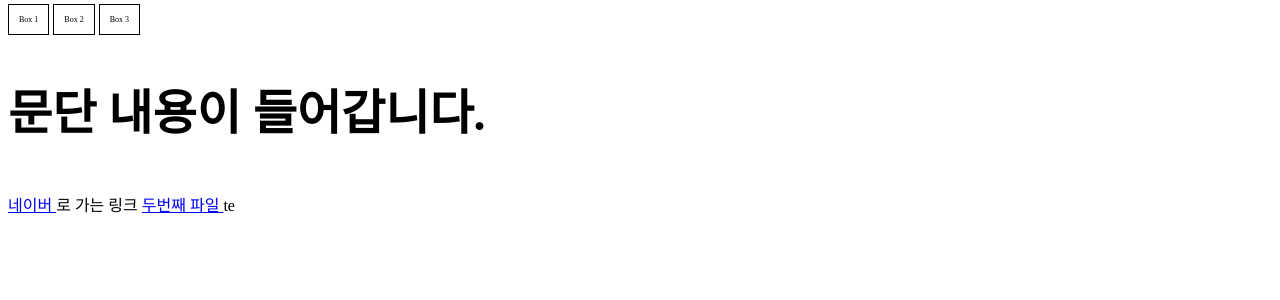
Repository: v0001/likelion
Page: 20200613/test.html
The author's editor kept a record of every edit. The page is drawn from the files as they stood at one moment, then again after the next edit.
The browser window is 1280 px wide. The pictures show the whole page.

Above is the page before.

### 20200613/test.html
<!DOCTYPE html>
<html lang="en">
<head>
    <meta charset="UTF-8">
    <meta name="viewport" content="width=device-width, initial-scale=1.0">
    <meta http-equiv="X-UA-Compatible" content="ie=edge">
    <title>신나는 토요일!!</title>
    <link rel="stylesheet" href="test.css" type="text/css" />
</head>
<body>

    <!--<h1>태그 선택자</h1>-->
    <!--<h1 class ="red-color">클래스 선택자</h1>-->
    <!--<h1 id ="myid">아이디 선택자</h1>-->

    <div>Box 1</div>
    <div>Box 2</div>
    <div>Box 3</div>


    <P>문단 내용이 들어갑니다. </P>
    <!--<form method = "get">-->
    <!--    <input type = "text" name = "like" />-->
    <!--    <input type = "submit">-->
    <!--</form>-->

    <a href="https://www.naver.com/">네이버 </a> 로 가는 링크
    <a href="test2.html">두번째 파일 </a>
    <!--<img src="https://hips.hearstapps.com/hmg-prod.s3.amazonaws.com/images/sunflower-1508785046.jpg">-->

<!--내가 만든 첫 번째 홈-->
</body>
</html>te

### 20200613/test.css
h1{
    background:black;
    color: white;
}

p{
    font-weight:bold;
    font-size : 3rem;
}
h1{
    color: green;
}

.red-color{
    color:red;
}
#myid{
    color:yellow;
}

@media(max-width :768px){
/*UI사이즈에 따라 Style 변환이 가능*/
    body{
        background:brown;
    }

}


div{
    border:1px solid black;
    display:inline;
    width : 150px;
    height: 200px;
    padding:10px;
    box-sizing : border-box;
    font-size : 0.5rem;
    text-align : center;
}

#box3{
    width : 100px;
    height : 50px;
    border-radius : 15%;
    position:relative;
    left : 100px;
    top : 100px;
}

#box2{
    position:fixed;

}

After the next edit:
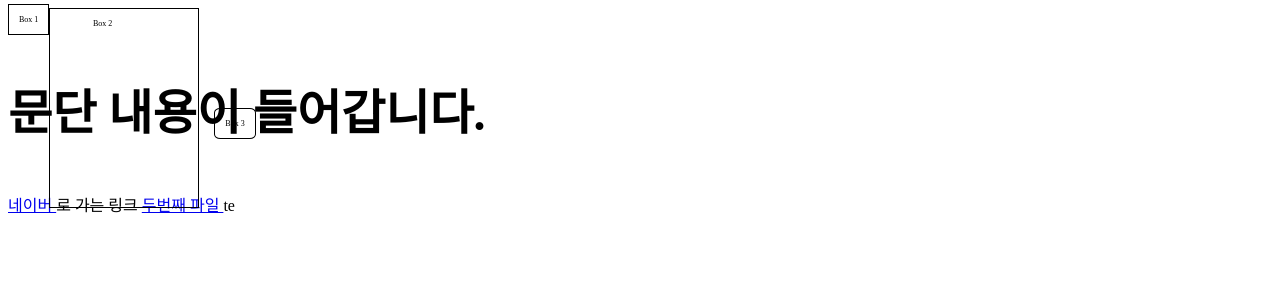
The edit:
--- a/20200613/test.html
+++ b/20200613/test.html
@@ -14,8 +14,9 @@
     <!--<h1 id ="myid">아이디 선택자</h1>-->
 
     <div>Box 1</div>
-    <div>Box 2</div>
-    <div>Box 3</div>
+    <div id = "box2">Box 2
+        <div id = "box3">Box 3</div>
+    </div>
 
 
     <P>문단 내용이 들어갑니다. </P>
